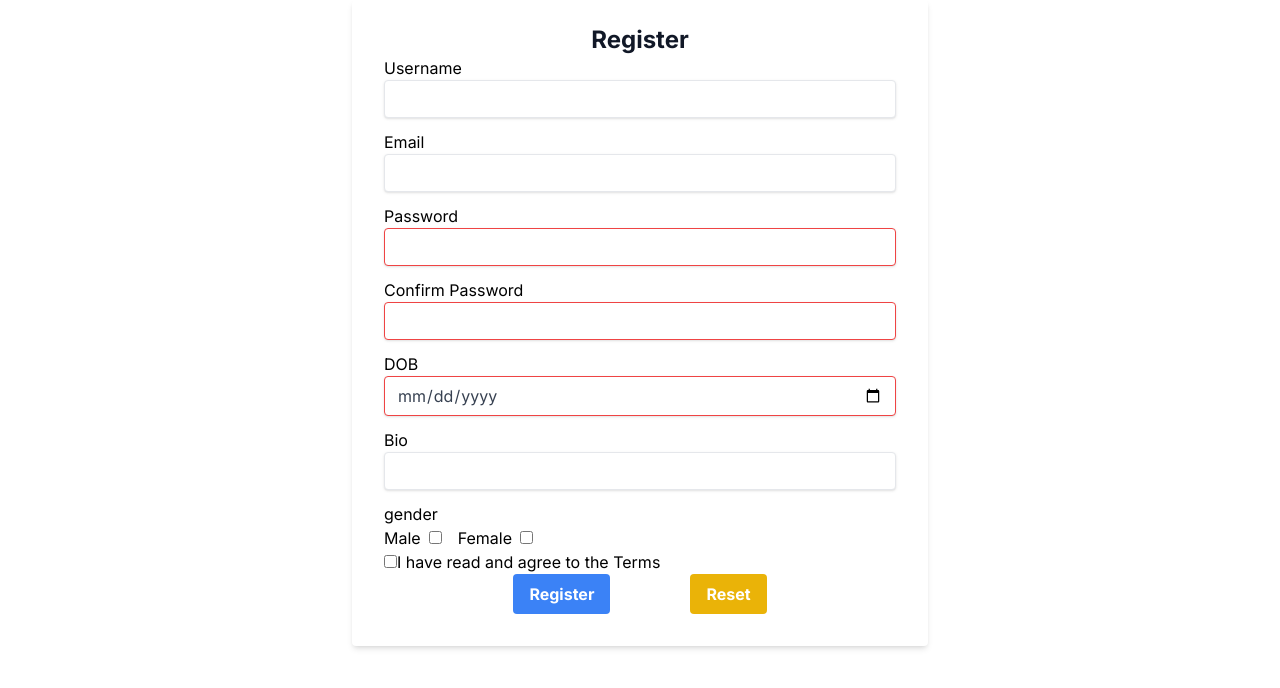
Repository: uh-sman/tiktok-card
Page: /
The author's editor kept a copy of each file at every save. The page is drawn from the files as they stood at one save, then again after the next save.
The browser window is 1280 px wide. The pictures show the whole page.
The project was rebuilt for these pictures with package versions that can differ from the ones it lists, and the page was loaded fresh each time. The framework's server and built-in components were replaced by stand-ins that run in the browser. Also part of the build but not shown: next.config.js.

Above is the page before, as saved 2023-12-19 15:02:33.

After the next save:
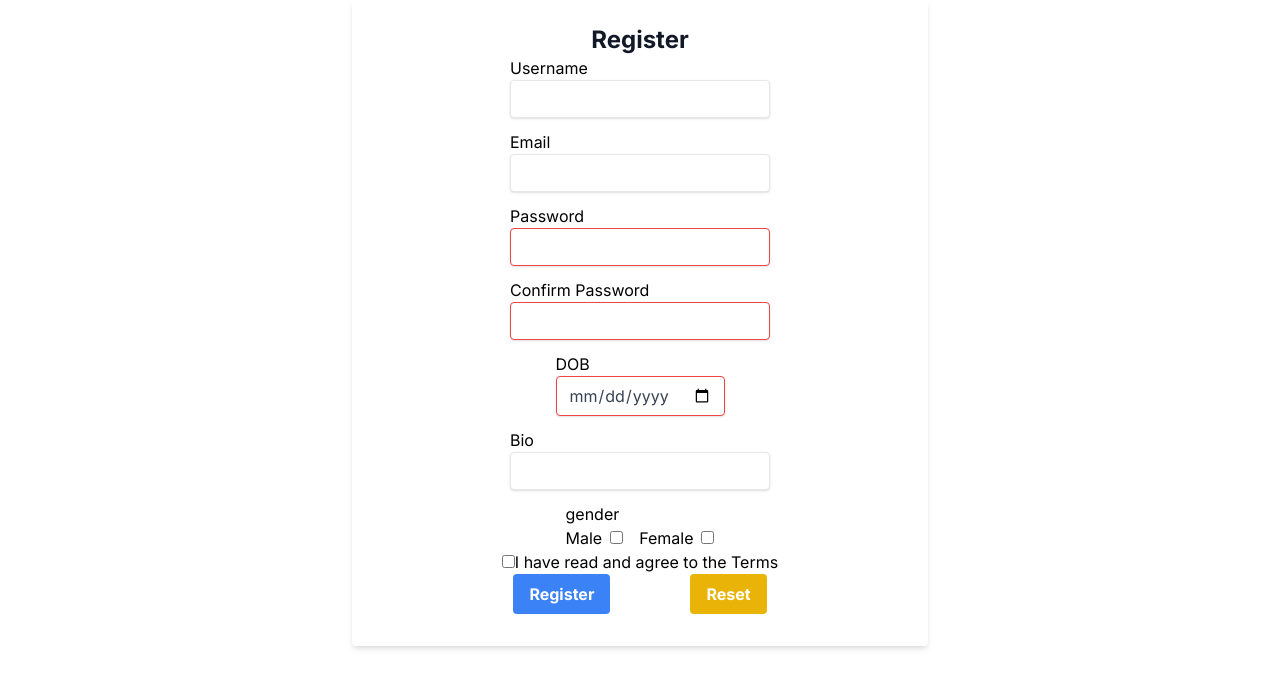
Saved 7 s later.
--- a/app/components/AuthForm.tsx
+++ b/app/components/AuthForm.tsx
@@ -24,7 +24,7 @@ const AuthForm: React.FC = () => {
     }
     return (
         <div className="w-full max-w-xl">
-        <form className="flex justify-center flex-col bg-white shadow-md rounded px-8 pt-6 pb-8 mb-4" onSubmit={handleSubmit(onSubmit)}>
+        <form className="flex justify-center flex-col items-center bg-white shadow-md rounded px-8 pt-6 pb-8 mb-4" onSubmit={handleSubmit(onSubmit)}>
         <h2 className="font-bold text-gray-900 text-2xl text-center">Register</h2>
           <div className="flex flex-col">
             <label>Username</label>
